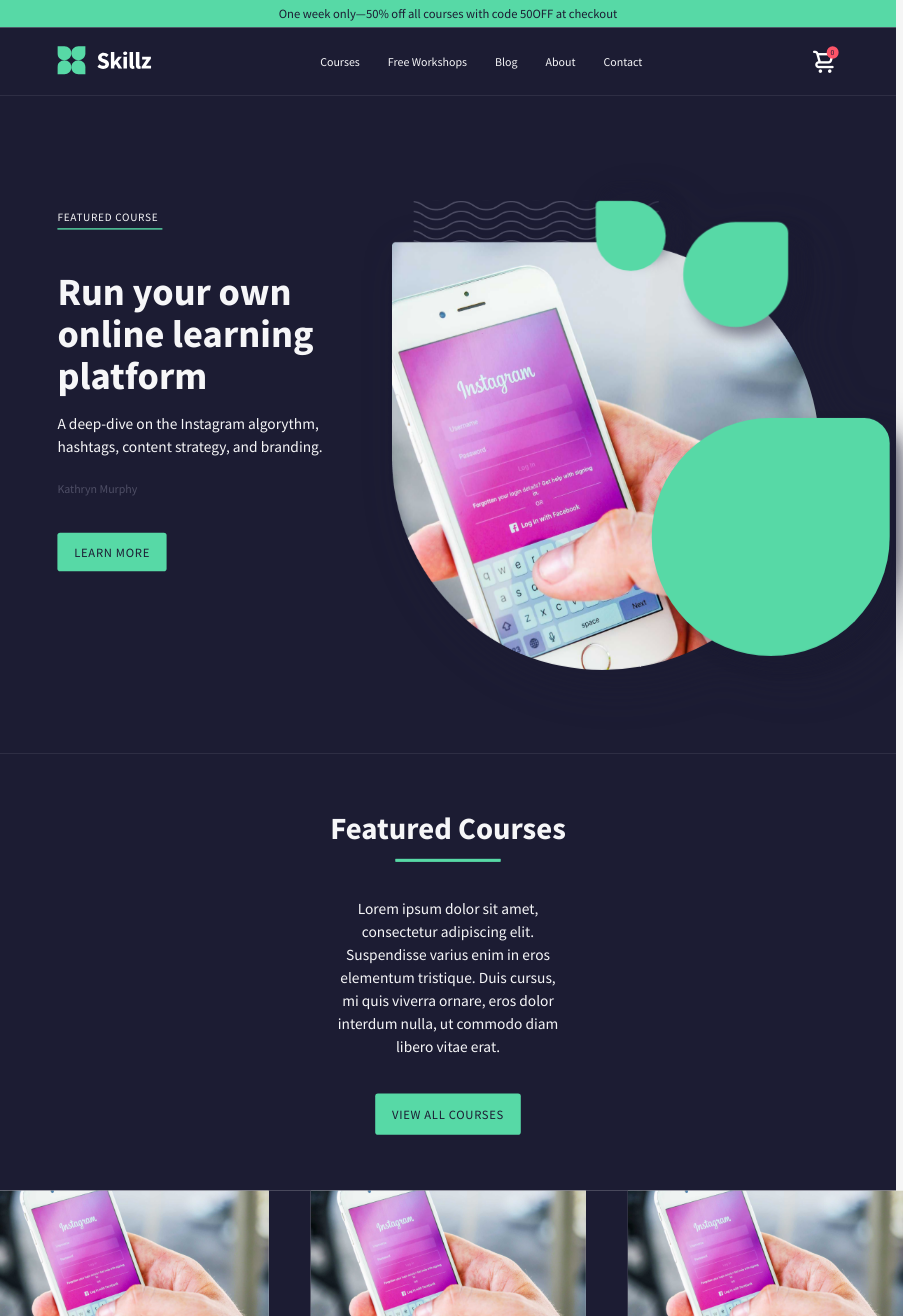
Repository: saidabbasun/skillz
Page: /
An editor plug-in stored every save of this project. The page is shown before and after the next save, followed by the edit.
The browser window is 1280 px wide. The page is 1290 px wide, so the pictures cover 1290 px, including what lies to the right of the window. The pictures show the part of the page from y = 0 to 1880 px (the page is 4526 px tall before and 4503 px after), at 70% of full size.
The project was rebuilt for these pictures with package versions that can differ from the ones it lists, and the page was loaded fresh each time.

Above is the page before, as saved 2022-06-13 14:49:47.

### public/index.html
<!DOCTYPE html>
<html lang="en">
  <head>
    <meta charset="utf-8" />

    <meta name="viewport" content="width=device-width, initial-scale=1" />
    <meta name="theme-color" content="#000000" />
    <link rel="stylesheet" href="https://unicons.iconscout.com/release/v4.0.0/css/line.css">
    <link rel="stylesheet" href="path/to/font-awesome/css/font-awesome.min.css">
    <title>React App</title>
  </head>
  <body>

    <div id="root"></div>

  </body>
</html>

### src/index.js
import React from 'react';
import ReactDOM from 'react-dom/client';
import { BrowserRouter } from "react-router-dom";
import App from './App';


const root = ReactDOM.createRoot(document.getElementById('root'));
root.render(
  <BrowserRouter>
    <App />
  </BrowserRouter>
);

### src/App.js
import Courses from './Components/Courses/Courses';
import Header from './Components/Header';
import Home from './Components/Home';
import Workshops from './Components/Workshops/Workshops';
import './styles/Globl/collection.scss';

function App() {
  return (
    <div>
    <Header/>
    <Home/>
    <Courses/>
    <Workshops/>
    </div>
  );
}

export default App;

### src/Components/Courses/Courses.jsx
import React from "react";
import {Link} from 'react-router-dom'
import Cart from "./Cart";
import ContactUs from '../../assets/images/Contact.png'

const Courses = () => {
  return (
    <div className="container">
        <div className="coursesWrap">

      <div className="coursesTitle">Featured Courses
      <hr className="coursesHr" />
      </div>

      <div className="coursesText">
        Lorem ipsum dolor sit amet, consectetur adipiscing elit. Suspendisse
        varius enim in eros elementum tristique. Duis cursus, mi quis viverra
        ornare, eros dolor interdum nulla, ut commodo diam libero vitae erat.
      </div>
      <Link to={`/`} className="homeBtn ">
      View All Courses
                </Link>
        </div>
        <div className="cartWrap">
       <Cart />
       <Cart/>
       <Cart/>
        </div>
        <div className="contactUs">
          <div className="contactLeftWrap">
          <img src={ContactUs} className='contactImg' alt="Contact us" />
          </div>

          <div className="contactRightWrap">
          <p className='homeTitle'>Get personalized learning recommendations

          </p>
          <hr className="coursesHr" />

                <p className="homeText contactText">Lorem ipsum dolor sit amet, consectetur adipiscing elit ut aliquam, purus sit amet luctus venenatis, lectus magna fringilla urnaLorem ipsum dolor sit amet.</p>

                <Link to={`/`} className="homeBtn">
                Contact Us
                </Link>
            </div>
          </div>
        </div>

  );
};

export default Courses;

### src/Components/Header.jsx
import React from 'react'

import { Link } from 'react-router-dom';
import Logo from '../assets/images/Logo.svg';
const Header = () => {
  return (
    <div>
        <div className="topDiscount">
            <p>One week only—50% off all courses with code 50OFF at checkout</p>
        </div>
        <div className="container">
            <div className="navbar">
                <Link  to={`/`}>
                <img src={Logo} alt="logo" />
                </Link>
                <div className="navbarNav">
                    <div className="navItem">
                        <Link  to={`/`} className='navLink'>Courses</Link>
                    </div>
                    <div className="navItem">
                        <Link  to={`/`} className='navLink'>Free Workshops</Link>
                    </div>
                    <div className="navItem">
                        <Link  to={`/`} className='navLink'>Blog</Link>
                    </div>
                    <div className="navItem">
                        <Link  to={`/`} className='navLink'>About</Link>
                    </div>
                    <div className="navItem">
                        <Link  to={`/`} className='navLink'>Contact</Link>
                    </div>
                </div>
                <div className="storWrapper">
                <Link  to={`/`}>
                <i className ="uil uil-shopping-cart stor"></i>
                </Link>
                     <div className="count">
                        <p>0</p>
                     </div>
                </div>
            </div>
        </div>
    </div>
  )
}

export default Header

### src/Components/Home.jsx
import React from 'react'
import { Link } from 'react-router-dom'

const Home = () => {
  return (
    <div className='container'>
        <div className="row">
            <div className="col5">
                <div className="CourseHome">
                    Featured Course
                </div>
                <p className='homeTitle'>Run your own online learning platform</p>
                <p className="homeText">A deep-dive on the Instagram algorythm, hashtags, content strategy, and branding.</p>
                <p className="homeAfter">Kathryn Murphy</p>
                <Link to={`/`} className="homeBtn">
                Learn More
                </Link>
            </div>
            <div className="col7">
            <div className="waveLine"></div>
                <div className="bgRectangle">

                    <div className="Rectangle1"></div>
                    <div className="Rectangle2"></div>
                    <div className="Rectangle3"></div>


                </div>
            </div>
        </div>

    </div>
  )
}

export default Home

### src/Components/Workshops/Workshops.jsx
import React from 'react'
import {Link} from 'react-router-dom';
import { Swiper, SwiperSlide } from "swiper/react";
import "swiper/css";
import "swiper/css/pagination";
import "swiper/css/navigation";

// import required modules
import { Autoplay, Pagination } from "swiper";


const Workshops = () => {

   const  listCart=[
    'Photography Basics' ,
'Business 101',
'Social Networking Camp']
  return (
    <>
    <div className='container'>
         <div className=" workshopsWrap">

<div className="coursesTitle Title ">Upcoming Free Workshops
<hr className="coursesHr" />
</div>

<div className="coursesText Text">
  Lorem ipsum dolor sit amet, consectetur adipiscing elit. Suspendisse
  varius enim in eros elementum tristique. Duis cursus, mi quis viverra
  ornare, eros dolor interdum nulla, ut commodo diam libero vitae erat.
</div>
<Link to={`/`} className="homeBtn ">
View All Workshops
          </Link>
  </div>
    </div>
    <div className="cartWrap workshopsCart">
   {listCart.map((data ,ind)=>(

       <div key={ind} className="cart">
           <p className="cartTitle">
           {data}
           </p>
           <p className="cartText">
           Lorem ipsum dolor sit amet, consectetur adipiscing elit ut aliquam, purus sit amet luctus venenatis, lectus magna fringilla urna, porttitor rhoncus dolor purus non enim praesent elementum facilisis leo.
           </p>
           <Link to={`/`} className='cartLink'>Learn More</Link>

   </div>
   ))}
   </div>
   <div className="caruselWrapper">
   <Swiper
        spaceBetween={50}
        centeredSlides={true}
        autoplay={{
          delay: 3500,
          disableOnInteraction: false,
        }}
        pagination={{
          clickable: true,
        }}

        modules={[Autoplay, Pagination]}
        className="mySwiper"
      >
        <SwiperSlide>
        <i className="uil uil-star"></i>
            <div className="caruselText">


            “Kate’s courses are a game changer. She’s thorough, organized, and explains things in a no-nonsense way that makes it easy for anyone—beginners to experts—to learn something from her courses and take their game to the next level.”
            </div>
            <div className="caruselAfter">
            James Brown, Influencer
            </div>
        </SwiperSlide>
        <SwiperSlide>
        <i className="uil uil-star"></i>
        <div className="caruselText">

                        “Kate’s courses are a game changer. She’s thorough, organized, and explains things in a no-nonsense way that makes it easy for anyone—beginners to experts—to learn something from her courses and take their game to the next level.”

            “Kate’s courses are a game changer. She’s thorough, organized, and explains things in a no-nonsense way that makes it easy for anyone—beginners to experts—to learn something from her courses and take their game to the next level.”
            </div>
            <div className="caruselAfter">
            James Brown, Influencer
            </div>
        </SwiperSlide>

      </Swiper>
   </div>
    </>
  )
}

export default Workshops

### src/styles/Globl/collection.scss
@import './globl';
@import './variables.scss';
@import './mixin';
@import '../Globl/font-face.scss';
@import '../Header.scss';
@import '../Home.scss';
@import '../Courses.scss';
@import '../Workshops.scss';

### src/Components/Courses/Cart.jsx
import React from 'react'
import {Link} from 'react-router-dom';
import Course from '../../assets/images/Course1.png'
const Cart = () => {
  return (
    <div className='cart'>
   <img className='cartImg' src={Course} alt="img" />
   <div className="cartBody">

      <div className="cartText">
      How to Increase Your Engagement on Instagram
      </div>
      <div className="homeAfter">
      Katie Murphy
      </div>
      <div className="PriceWrap">


      <div className="Price oldPrice">
      $ 59.99 USD
      </div>
      <div className="Price ">
      $ 59.99 USD
      </div>
      </div>
      <Link to={`/`} className='cartLink'>Learn More</Link>
   </div>
    </div>
  )
}

export default Cart

### src/styles/Globl/_globl.scss

@import './variables.scss';
*{
    box-sizing: border-box;
    padding: 0;
    margin: 0;
    font-family:SourceSansProRegular ;
    color: $color_bg_title;
}
body{
    background-color: $color_body;
}
.container{
    margin: 0 auto;


}

### src/styles/Globl/variables.scss
$color_btn:#57D9A6;
$color_body:#F5F5F5;
$color_bg_title:#1C1C33;
$text_footer: #F6F6F8;
$color_text:#4E4E65;
$color_white:#FFFFFF;
$color_cartBg:#FC5468;
$rastangle_size:100px;

### src/styles/Globl/_mixin.scss
@import '../Globl/variables.scss';
@mixin flexbox {
    display: flex;
    align-items: center;
}
@mixin Rectangle($radius,$namber) {

 position: absolute;

    width:  calc(#{$rastangle_size}  *#{$namber});
    height:  calc(#{$rastangle_size}  * #{$namber});
     border-radius: 50%;
     border-top-right-radius: $radius;
     background-color: $color_btn;
     box-shadow: 14px 14px 20px rgba(28, 28, 51, 0.5);
}

### src/styles/Globl/font-face.scss


@font-face {
    font-family: SourceSansProRegular;

    src:  url('../../assets/fontFamily/SourceSansPro-Regular.ttf');
  }
  @font-face {
    font-family: SourceSansProBold;

    src:  url('../../assets/fontFamily/SourceSansPro-Bold.ttf');
  }
  @font-face {
    font-family: SourceSansProItalic;

    src:  url('../../assets/fontFamily/SourceSansPro-Italic.ttf');
  }

### src/styles/Header.scss
@import './Globl/variables.scss';
@import './Globl/mixin';
.topDiscount{
    background-color:$color_btn;
    font-weight: 400;
font-size: 18px;
text-align: center;

padding: 8px 0;

}
.navbar{
    @include flexbox;
    background-color:$color_bg_title;
    justify-content:space-between;
    padding: 24px 82px;
}
.navbarNav{
    @include flexbox;
 column-gap: 40px;
}

.navLink{

    font-weight: 400;
font-size: 17px;
    text-decoration: none;
    color: $text_footer;
}
.storWrapper{
    position: relative;
}
.stor{
    color:$color_white;
    font-size: 40px;


}
.count{
    padding:0  6px;
    background-color: $color_cartBg;
    color: $color_white;
    position: absolute;
    border-radius: 50%;
    font-size: 11px;
    line-height: 18px;
    position: absolute;
    top: 3px;
    right: 0;

}

### src/styles/Home.scss
@import './Globl/variables.scss';
@import './Globl/mixin';
.row{

    padding:0 0 120px 82px;
 @include flexbox;

 background-color: $color_bg_title;
}
.col5{
    width: 35%;

    color: $text_footer;
}
.CourseHome{
   width: 150px;
   padding: 7px 0;
    font-weight: 400;
font-size: 16px;
letter-spacing: 1px;
text-transform: uppercase;
color: $text_footer;
border-bottom: 2px solid $color_btn;
}
.homeTitle{
    font-family: SourceSansProBold;
    padding: 59px 0 22px;
    font-weight: 700;
font-size: 55px;
line-height: 60px;
color: $text_footer;
}
.homeText{
    line-height: 33px;
font-weight: 400;
font-size: 22px;
color: $text_footer;
}
.homeAfter{
    margin: 22px 0 48px ;
    font-weight: 400;
font-size: 17px;
line-height: 27px;
color: #B2B2BF;
}
.homeBtn{

    font-weight: 400;
font-size: 18px;
line-height: 27px;
padding: 16px 24px;
letter-spacing: 1px;
text-transform: uppercase;
background-color: $color_btn;
color: $color_bg_title;
text-decoration: none   ;
border-radius: 4px;
}

.col7{
    position: relative;
    width: 60%;

    padding-top: 200px;
}

.bgRectangle{
position: relative;

 margin: 0 auto;
   width:calc(#{$rastangle_size} * 6.2);
    height: calc(#{$rastangle_size}  * 6.2);
    filter: drop-shadow(21px 21px 30px rgba(28, 28, 51, 0.4));
    border-radius: 50%;
    border-top-left-radius: 8px;

    background-image: url(../assets/images/homeImg.png);
}
    .waveLine{
      position: absolute;
      top: 150px;
      left: 90px;
        width: calc(#{$rastangle_size} * 3.5);
        height:calc(#{$rastangle_size}*2.38);
        background-image: url(../assets/images/Line.png);
        background-repeat: repeat-y;
        background-position: center;
    }
    .Rectangle1{
        @include Rectangle(6px,1) ;
      transform: rotate(-90deg);
        top: -50px;
        left: 300px;
    }
    .Rectangle2{
        @include Rectangle(16px,1.5) ;
       top: -20px;
       right: 45px;

    }
    .Rectangle3{
        @include Rectangle(36px,3.4) ;
        right: -100px;
        bottom: 20px;
    }

### src/styles/Courses.scss
@import './Globl/variables.scss';
.coursesWrap{
    background-color: $color_bg_title;
    padding: 80px 82px;
    display: flex;
    justify-content: center;
    flex-direction: column;
    align-items: center;
}
.coursesTitle{
    font-family: SourceSansProBold;
    color:$text_footer ;
    font-weight: 700;
font-size: 44px;
line-height: 53px;

}
.coursesHr{
    margin: 0 auto;
    width: 150px;
    background-color: $color_btn;
    border:2px solid  $color_btn;
    margin-top: 17px;

}
.coursesText{
    font-weight: 400;
font-size: 22px;
line-height: 33px;
color:$text_footer ;
text-align: center;
padding: 50px 400px;

}
.cartWrap{
    display: grid;
    align-items: center;
    grid-template-columns:repeat(3,auto);
    justify-content: center;
    gap: 60px;
    background-color: $color_bg_title;
    padding: 0 82px 140px;

}
.cart{
    width: 393px;
    background-color: $color_white;
}
.cartImg{

    height: 197px;
}
.cartBody{
    padding: 22px 90px 25px 24px;
}
.cartText{
    font-weight: 400;
font-size: 24px;
line-height: 29px;

}
.homeAfter{
    font-weight: 400;
font-size: 17px;
line-height: 27px;
color: $color_text;
padding: 8px 0 15px ;
}
.PriceWrap{
    display: flex;
    column-gap: 8px;
}
.Price{
    font-weight: 400;
font-size: 22px;


}
.oldPrice{
    color: #B2B2BF;
}
.cartLink{
    font-weight: 400;
font-size: 16px;
line-height: 21px;
color: #57D9A6;
text-decoration: none;
}
.contactUs{
    display: flex;
    align-items: center;
    justify-content: center;
    background-color: $color_bg_title;
}
.contactLeftWrap{
    width: 70%;
}
.contactRightWrap{
    padding: 0 80px;
    display: flex;
    justify-content: center;
    flex-direction: column;
    align-items: center;
    row-gap: 50px;
}
.contactHr{
    width: 150px;
    border: 2px solid $color_btn;
    margin-top: 16px;
}
.contactImg{
    width: 100%;
}
.contactText{

}

### src/styles/Workshops.scss
@import './Globl/variables.scss';
.workshopsWrap{
    padding: 145px 82px;
    display: flex;
    justify-content: center;
    flex-direction: column;
    align-items: center;

    .Title{
        color: $color_bg_title;
    }
    .Text{
        color: $color_text
    }
}
.workshopsCart{
    background-color: transparent;
    .cart{
        padding: 22px 36px 24px 22px;

    }
    .cartTitle{
        font-family: SourceSansProBold;
        font-weight: 700;
font-size: 24px;
line-height: 29px;
    }
    .cartText{
        font-weight: 400;
font-size: 18px;
line-height: 27px;
color: $color_text;
padding: 15px 0 30px;
    }
}
.caruselWrapper{
    padding: 82px 117px 300px  117px;
    background-color: $color_btn;
    padding: 40px 0;
    text-align: center;
}
.caruselText{
    padding: 40px 500px;
}
.caruselAfter{
    padding-bottom: 70px;
}

After the next save:
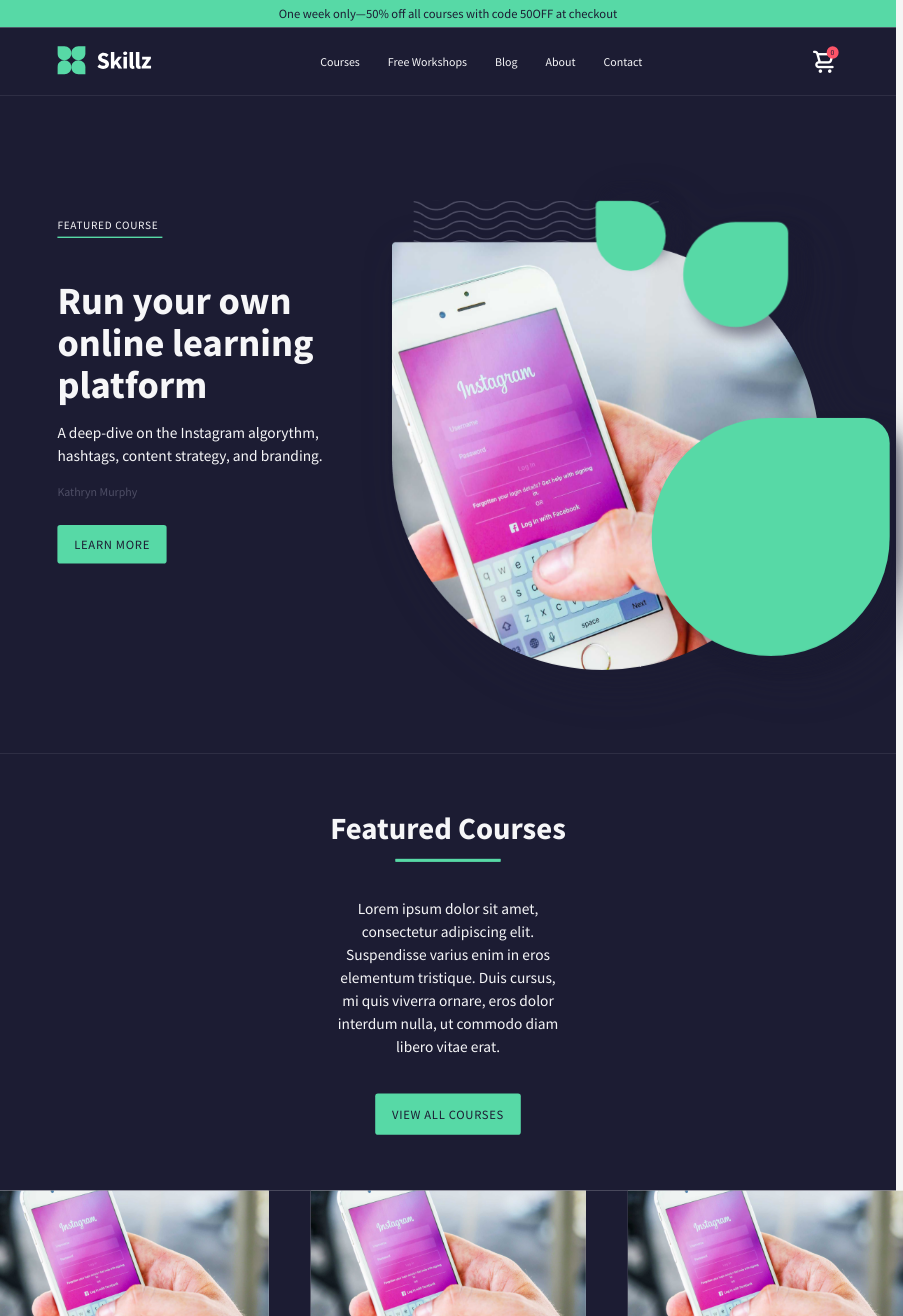
Saved 32 s later.
--- a/src/styles/Courses.scss
+++ b/src/styles/Courses.scss
@@ -64,7 +64,7 @@
 font-size: 17px;
 line-height: 27px;
 color: $color_text;
-padding: 8px 0 15px ;
+
 }
 .PriceWrap{
     display: flex;
